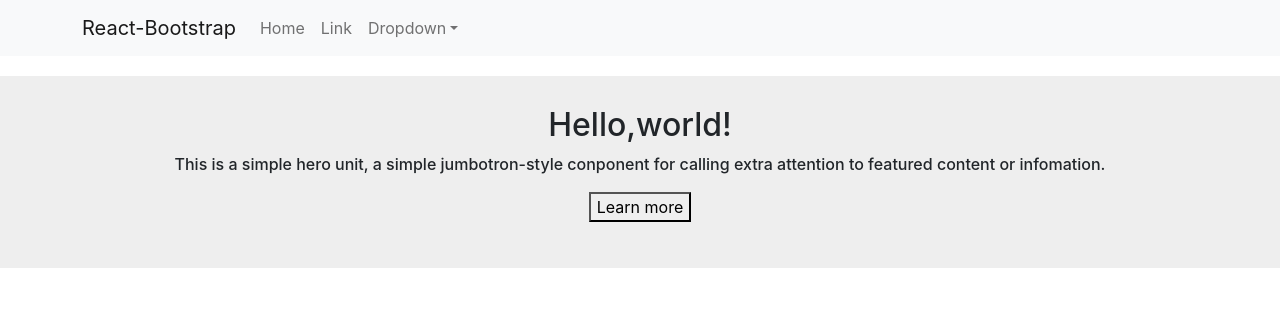
Repository: sonchangdo/mokdong
Page: / (app in shop/)
These files come from the project's save history. The page is drawn as it stood at one moment and after the next save; the edit follows.
The browser window is 1280 px wide. The pictures show the whole page.
The project was rebuilt for these pictures with package versions that can differ from the ones it lists, and the page was loaded fresh each time.

Above is the page before, as saved 2022-01-10 12:27:01.

### shop/src/App.js
import React from 'react';
import logo from './logo.svg';
import { Navbar,Container,Nav,NavDropdown } from 'react-bootstrap';
import './App.css';

function App() {
  return (
    <div className="App">
      <Navbar bg="light" expand="lg">
        <Container>
          <Navbar.Brand href="#home">React-Bootstrap</Navbar.Brand>
          <Navbar.Toggle aria-controls="basic-navbar-nav" />
          <Navbar.Collapse id="basic-navbar-nav">
            <Nav className="me-auto">
              <Nav.Link href="#home">Home</Nav.Link>
              <Nav.Link href="#link">Link</Nav.Link>
              <NavDropdown title="Dropdown" id="basic-nav-dropdown">
                <NavDropdown.Item href="#action/3.1">Action</NavDropdown.Item>
                <NavDropdown.Item href="#action/3.2">Another action</NavDropdown.Item>
                <NavDropdown.Item href="#action/3.3">Something</NavDropdown.Item>
                <NavDropdown.Divider />
                <NavDropdown.Item href="#action/3.4">Separated link</NavDropdown.Item>
              </NavDropdown>
            </Nav>
          </Navbar.Collapse>
        </Container>
      </Navbar>
      <div className="jumbotron">
        <h2>Hello,world!</h2>
        <p>This is a simple hero unit, a simple jumbotron-style conponent for calling
          extra attention to featured content or infomation.
        </p>
        <p>
          <button variant="primary">Learn more</button>
        </p>
      </div>
    </div>
  );
}

export default App;

### shop/src/App.css
.App {
  text-align: center;
}

.App-logo {
  height: 40vmin;
  pointer-events: none;
}

.jumbotron{
  margin:20px 0;
  padding:30px 0;
  background:#eee;
}

.jumbotron > p:nth-child(1){
  font-size:30px;
  font-weight:600;
}

.jumbotron > p:nth-child(2){
  font-size:16px;
  font-weight:500;
}

.jumbotron > p:nth-child(2) > button{
  background:blue;
  color:#fff;
  border-radius: 6px;
}


@media (prefers-reduced-motion: no-preference) {
  .App-logo {
    animation: App-logo-spin infinite 20s linear;
  }
}

.App-header {
  background-color: #282c34;
  min-height: 100vh;
  display: flex;
  flex-direction: column;
  align-items: center;
  justify-content: center;
  font-size: calc(10px + 2vmin);
  color: white;
}

.App-link {
  color: #61dafb;
}

@keyframes App-logo-spin {
  from {
    transform: rotate(0deg);
  }
  to {
    transform: rotate(360deg);
  }
}

Loaded but not shown: shop/public/index.html (common file); shop/src/index.js (common file); shop/src/index.css (common file); shop/src/reportWebVitals.js (common file)

After the next save:
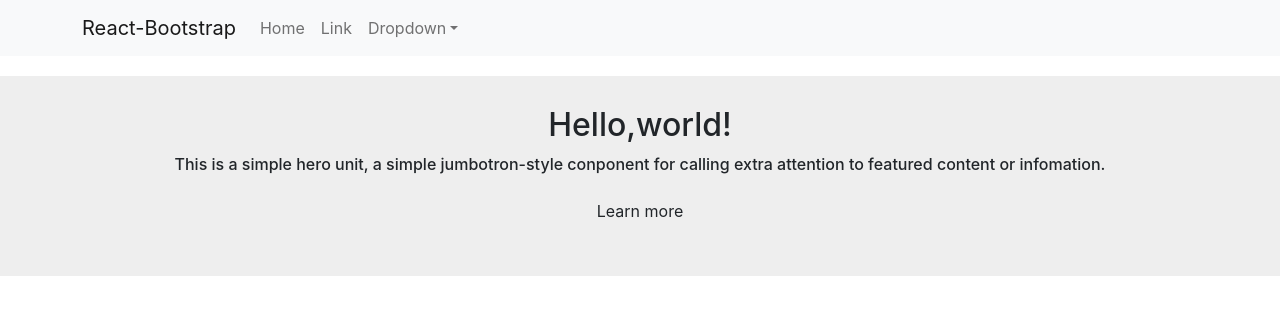
Saved 14 s later.
--- a/shop/src/App.js
+++ b/shop/src/App.js
@@ -31,7 +31,7 @@ function App() {
           extra attention to featured content or infomation.
         </p>
         <p>
-          <button variant="primary">Learn more</button>
+          <button className="btn" variant="primary">Learn more</button>
         </p>
       </div>
     </div>
